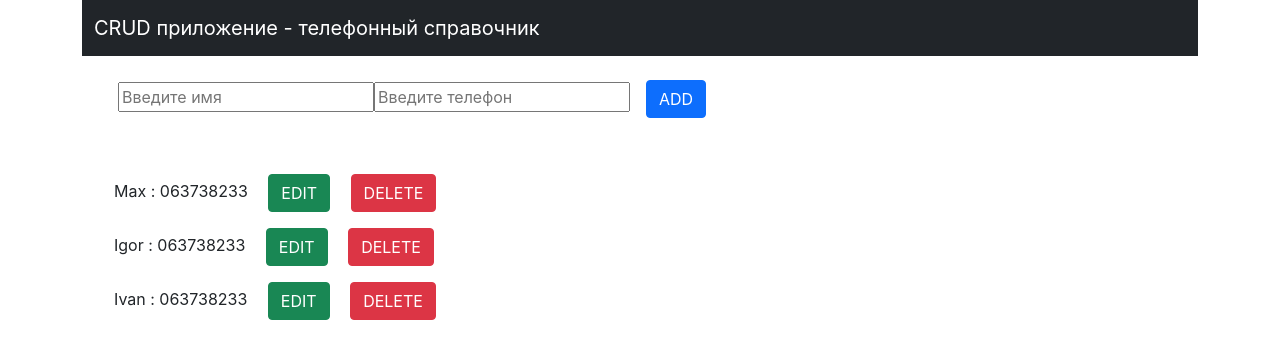
Repository: tsydikov/phone_book
Page: /
These files come from the project's save history. The page is drawn as it stood at one moment and after the next save; the edit follows.
The browser window is 1280 px wide. The pictures show the whole page.
The project was rebuilt for these pictures with package versions that can differ from the ones it lists, and the page was loaded fresh each time. Also part of the build but not shown: src/App.css, src/components/Update.jsx.

Above is the page before, as saved 2021-10-07 23:07:51.

After the next save:
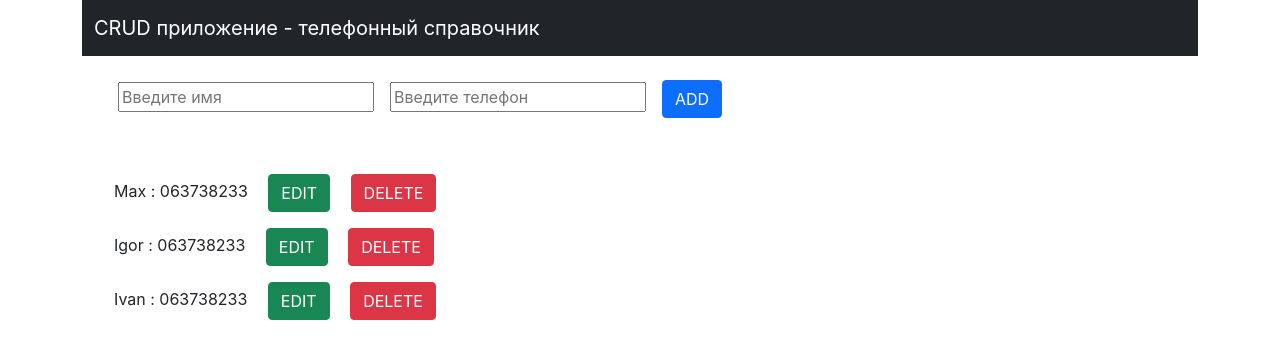
Saved 100 s later.
--- a/src/components/Form.jsx
+++ b/src/components/Form.jsx
@@ -28,12 +28,13 @@ const Form = () => {
         onChange={(e) => setName(e.target.value)}
       />
       <input
+      className="mx-3"
         type="text"
         value={phone}
         placeholder="Введите телефон"
         onChange={(e) => setPhone(e.target.value)}
       />
-      <Button className="mx-3" onClick={addNewPhoneBookItem}>ADD</Button>
+      <Button  onClick={addNewPhoneBookItem}>ADD</Button>
     </Container>
   );
 };
